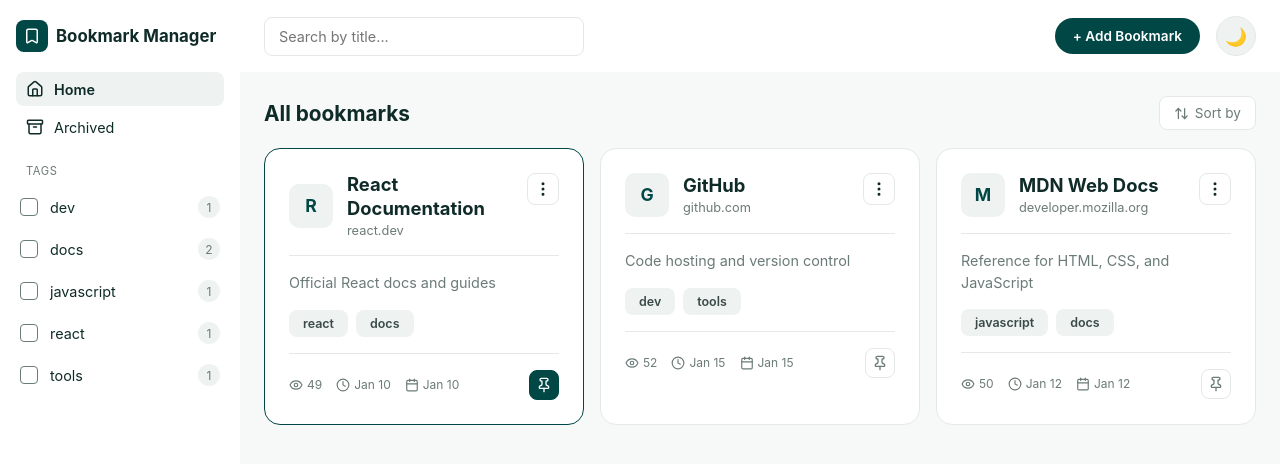
Repository: K0k1M4r/Big-Game-React
Page: /
The author's editor kept a copy of each file at every save. The page is drawn from the files as they stood at one save, then again after the next save.
The browser window is 1280 px wide. The pictures show the whole page.
The project was rebuilt for these pictures with package versions that can differ from the ones it lists, and the page was loaded fresh each time. Also part of the build but not shown: vite.config.js, src/components/Modal.jsx, src/components/BookmarkForm.jsx, src/components/ConfirmModal.jsx.

Above is the page before, as saved 2026-10-02 19:53:06.

After the next save:
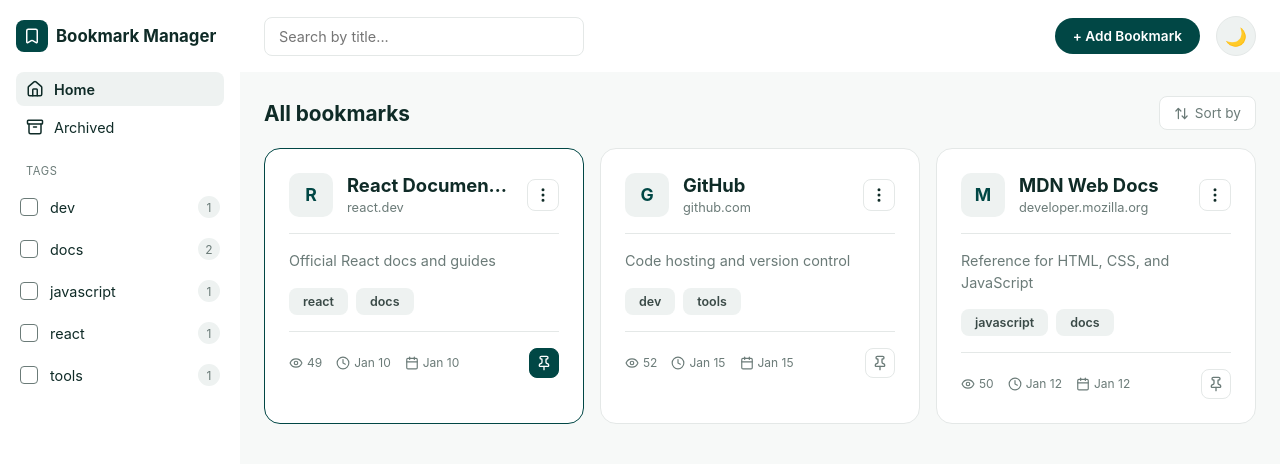
Saved 3 min 27 s later.
--- a/src/index.css
+++ b/src/index.css
@@ -465,12 +465,18 @@
   font-weight: 700;
   margin-bottom: 2px;
   line-height: 1.3;
+  white-space: nowrap;
+  overflow: hidden;
+  text-overflow: ellipsis;
 }
 
 .bookmark-domain {
   font-size: 0.8rem;
   color: var(--muted-text);
   line-height: 1.3;
+  white-space: nowrap;
+  overflow: hidden;
+  text-overflow: ellipsis;
 }
 
 .bookmark-divider {
@@ -504,7 +510,6 @@
 .card-menu {
   position: relative;
   flex-shrink: 0;
-  align-self: flex-start;
 }
 
 .card-menu-btn {
